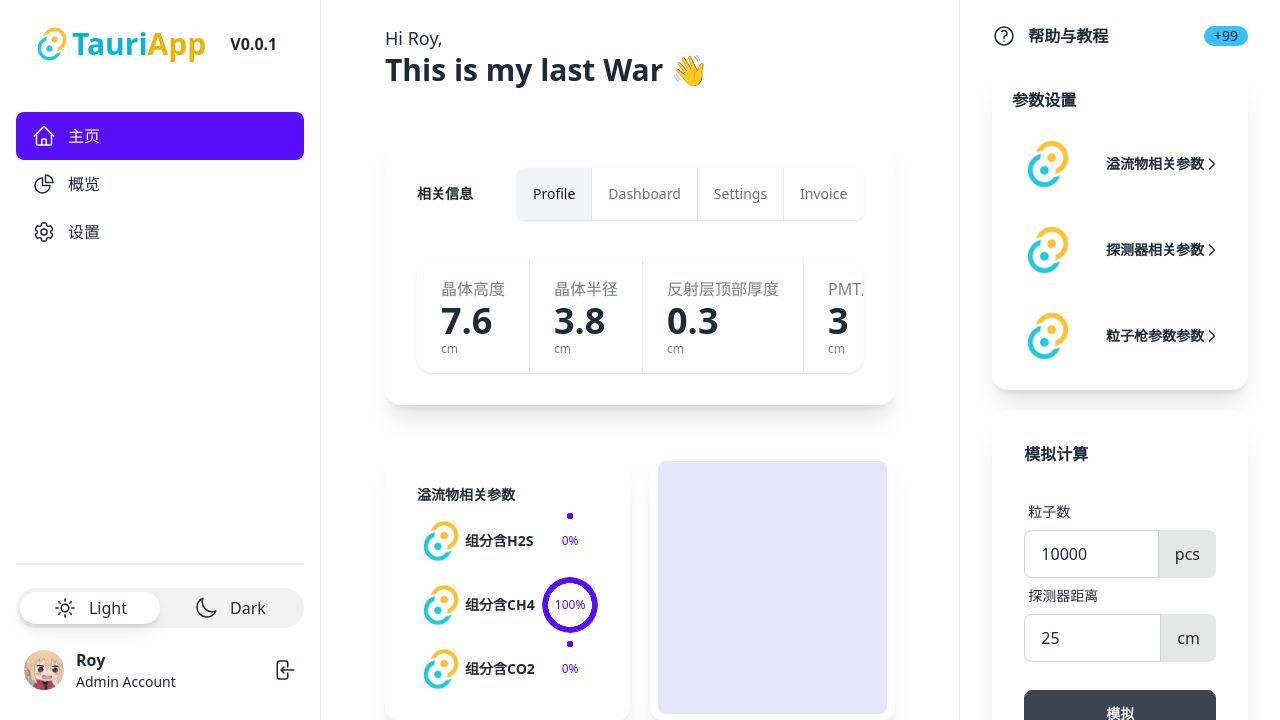
Repository: XMZOVO/tauri-geant4
Page: /
An editor plug-in stored every save of this project. The page is shown before and after the next save, followed by the edit.
The browser window is 1280 px wide. The pictures show the whole page.
The page's requests for data from a server got no answer. An inner scrolling area shows only its first screen. The project was rebuilt for these pictures with package versions that can differ from the ones it lists, and the page was loaded fresh each time. No one was signed in, and anything a server would have sent is missing. Also part of the build but not shown: vite.config.ts.

Above is the page before, as saved 2022-09-08 08:58:58.

After the next save:
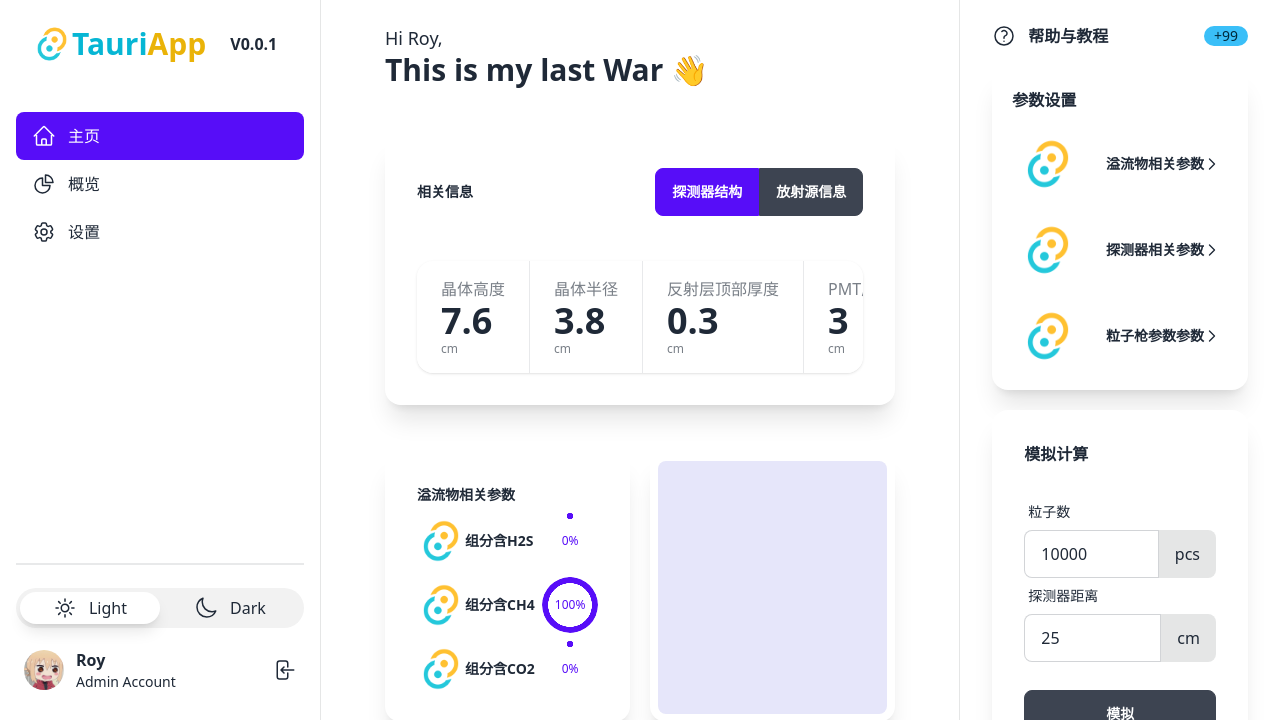
Saved 33 s later.
--- a/src/components/Home.vue
+++ b/src/components/Home.vue
@@ -124,7 +124,16 @@ const exitApp = async () => {
         <div class="card-body justify-between">
           <div class="flex justify-between">
             <p class="card-title text-sm">相关信息</p>
-            <!-- <div class="btn-group">
+            <!-- 选择框 -->
+            <!-- <div class="form-control w-1/3 max-w-xs">
+              <select
+                class="select select-bordered focus:outline-none"
+                @change="parametersInfoChanged($event)"
+              >
+                <option v-for="item in parametersNames">{{ item }}</option>
+              </select>
+            </div> -->
+            <div class="btn-group">
               <input
                 v-for="item in parametersNames"
                 type="radio"
@@ -134,53 +143,7 @@ const exitApp = async () => {
                 :checked="item.checked"
                 @change="parametersInfoChanged(item.name)"
               />
-            </div> -->
-
-            <div class="sm:hidden">
-              <label for="tabs" class="sr-only">Select your country</label>
-              <select
-                id="tabs"
-                class="block w-full rounded-lg border border-gray-300 bg-gray-50 p-2.5 text-gray-900 focus:border-blue-500 focus:ring-blue-500 dark:border-gray-600 dark:bg-gray-700 dark:text-white dark:placeholder-gray-400 dark:focus:border-blue-500 dark:focus:ring-blue-500 sm:text-sm"
-              >
-                <option>Profile</option>
-                <option>Canada</option>
-                <option>France</option>
-                <option>Germany</option>
-              </select>
-            </div>
-            <ul
-              class="hidden divide-x divide-gray-200 rounded-lg text-center text-sm font-medium text-gray-500 shadow dark:divide-gray-700 dark:text-gray-400 sm:flex"
-            >
-              <li class="w-full">
-                <a
-                  href="#"
-                  class="active inline-block w-full rounded-l-lg bg-gray-100 p-4 text-gray-900 focus:outline-none focus:ring-4 focus:ring-blue-300 dark:bg-gray-700 dark:text-white"
-                  aria-current="page"
-                  >Profile</a
-                >
-              </li>
-              <li class="w-full">
-                <a
-                  href="#"
-                  class="inline-block w-full bg-white p-4 hover:bg-gray-50 hover:text-gray-700 focus:outline-none focus:ring-4 focus:ring-blue-300 dark:bg-gray-800 dark:hover:bg-gray-700 dark:hover:text-white"
-                  >Dashboard</a
-                >
-              </li>
-              <li class="w-full">
-                <a
-                  href="#"
-                  class="inline-block w-full bg-white p-4 hover:bg-gray-50 hover:text-gray-700 focus:outline-none focus:ring-4 focus:ring-blue-300 dark:bg-gray-800 dark:hover:bg-gray-700 dark:hover:text-white"
-                  >Settings</a
-                >
-              </li>
-              <li class="w-full">
-                <a
-                  href="#"
-                  class="inline-block w-full rounded-r-lg bg-white p-4 hover:bg-gray-50 hover:text-gray-700 focus:outline-none focus:ring-4 focus:ring-blue-300 dark:bg-gray-800 dark:hover:bg-gray-700 dark:hover:text-white"
-                  >Invoice</a
-                >
-              </li>
-            </ul>
+            </div>
           </div>
           <!-- 统计信息 -->
           <div
@@ -278,7 +241,7 @@ const exitApp = async () => {
               <p class="text-md font-bold">参数设置</p>
 
               <!-- 溢流物 -->
-              <div class="dropdown-left dropdown w-full">
+              <div class="dropdown dropdown-left w-full">
                 <div
                   tabindex="0"
                   class="flex items-center justify-between rounded-xl px-2 py-1 duration-300 hover:cursor-pointer hover:bg-primary hover:text-base-100"
